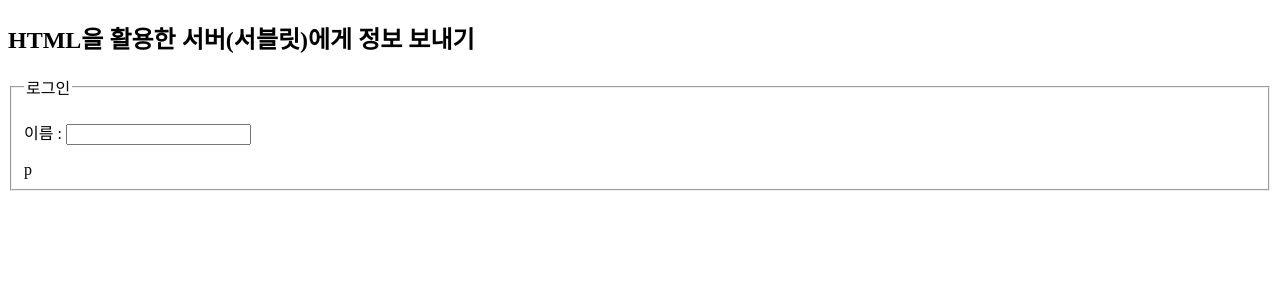
Repository: Kebiskim/2023_jspStudy
Page: 01_servlet/src/main/webapp/view/Ex10.html
The author's editor kept a copy of each file at every save. The page is drawn from the files as they stood at one save, then again after the next save.
The browser window is 1280 px wide. The pictures show the whole page.

Above is the page before, as saved 2023-07-03 02:13:12.

### 01_servlet/src/main/webapp/view/Ex10.html
<!DOCTYPE html>
<html>
<head>
<meta charset="UTF-8">
<title>Insert title here</title>
</head>
<body>
	<h2>HTML을 활용한 서버(서블릿)에게 정보 보내기</h2>
	<form action="/01_servlet/Ex10_1" method="post">
	<fieldset>
		<legend>로그인</legend>
		<p><label for="">이름 : </label>
		<input type="text" name="name" id="name" required></p>p

	</fieldset>
	</form>
</body>
</html>

After the next save:
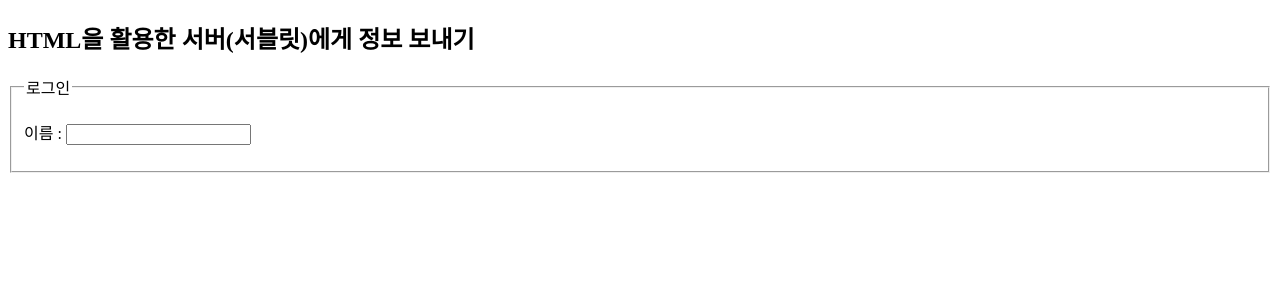
Saved 1 s later.
--- a/01_servlet/src/main/webapp/view/Ex10.html
+++ b/01_servlet/src/main/webapp/view/Ex10.html
@@ -10,7 +10,7 @@
 	<fieldset>
 		<legend>로그인</legend>
 		<p><label for="">이름 : </label>
-		<input type="text" name="name" id="name" required></p>p
+		<input type="text" name="name" id="name" required></p>
 
 	</fieldset>
 	</form>
